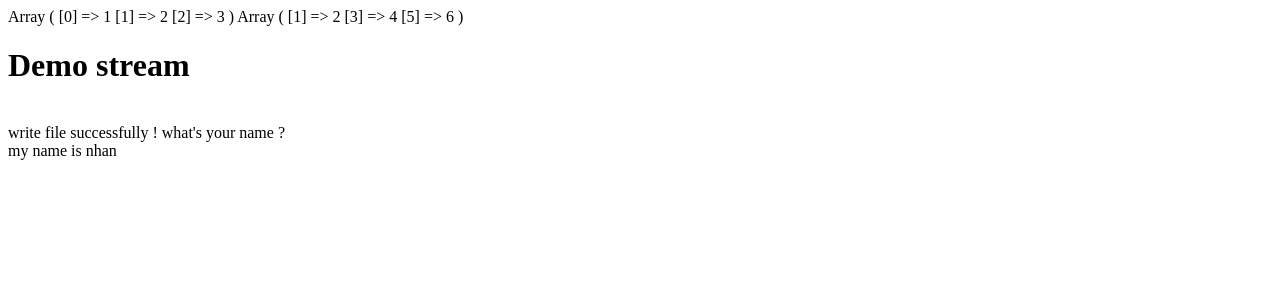
Repository: HoangLinh2001/PHP
Page: http://localhost/demoFunction.php
These files come from the project's save history. The page is drawn as it stood at one moment and after the next save; the edit follows.
The browser window is 1280 px wide. The pictures show the whole page.
The page is run by PHP 8.4 with error messages shown; the project is at /var/www/html/.

Above is the page before, as saved 2023-06-20 18:51:59.

After the next save:
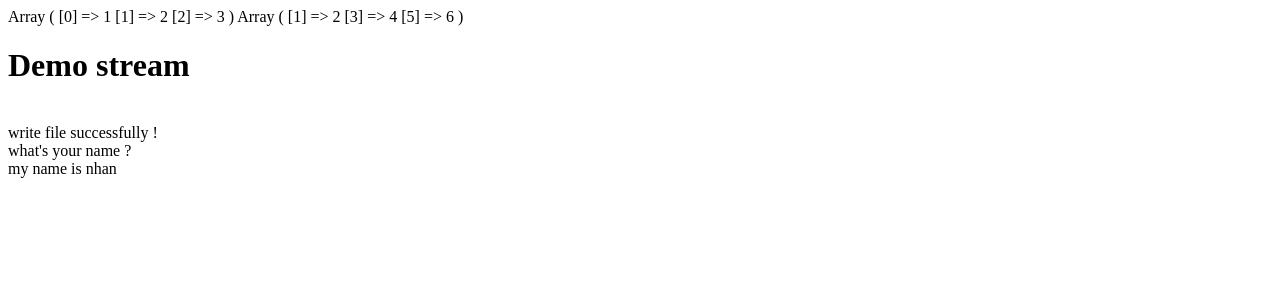
Saved 9 s later.
--- a/DEMOPHPBUOI2/demoFunction.php
+++ b/DEMOPHPBUOI2/demoFunction.php
@@ -19,7 +19,7 @@ $filePath = "example.txt";
 // write content to the file
 $fileHandle = fopen($filePath, "w");
 if ($fileHandle) {
-    $contentToWrite = "what's your name ? <br> my name is nhan \n";
+    $contentToWrite = "<br>what's your name ? <br> my name is nhan \n";
     fwrite($fileHandle, $contentToWrite);
     fclose($fileHandle);
     echo "write file successfully ! \n";
